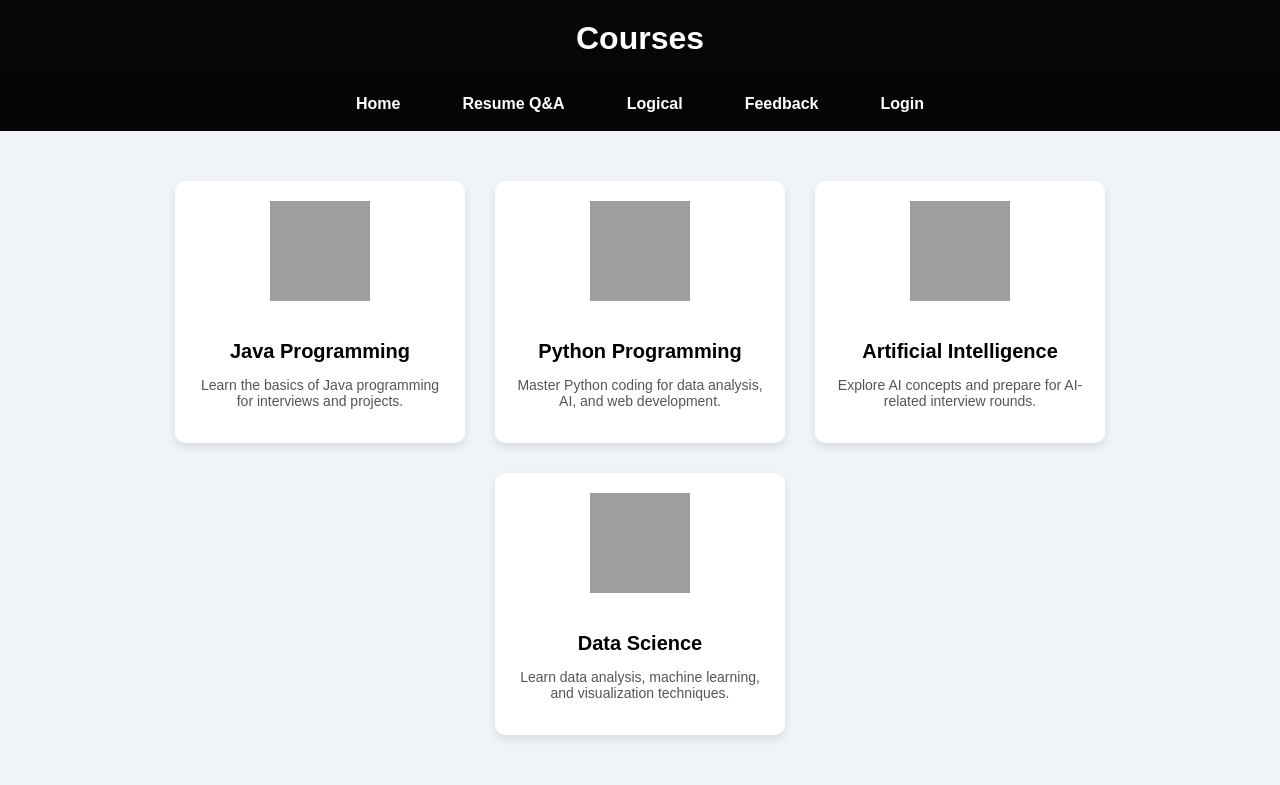
Repository: Mathin04/Online-Interview-Platform-
Page: urls/courses.html
These files come from the project's save history. The page is drawn as it stood at one moment and after the next save; the edit follows.
The browser window is 1280 px wide. The pictures show the whole page.
Pictures or frames that could not be fetched are drawn as grey boxes.

Above is the page before, as saved 2025-10-08 13:51:44.

After the next save:
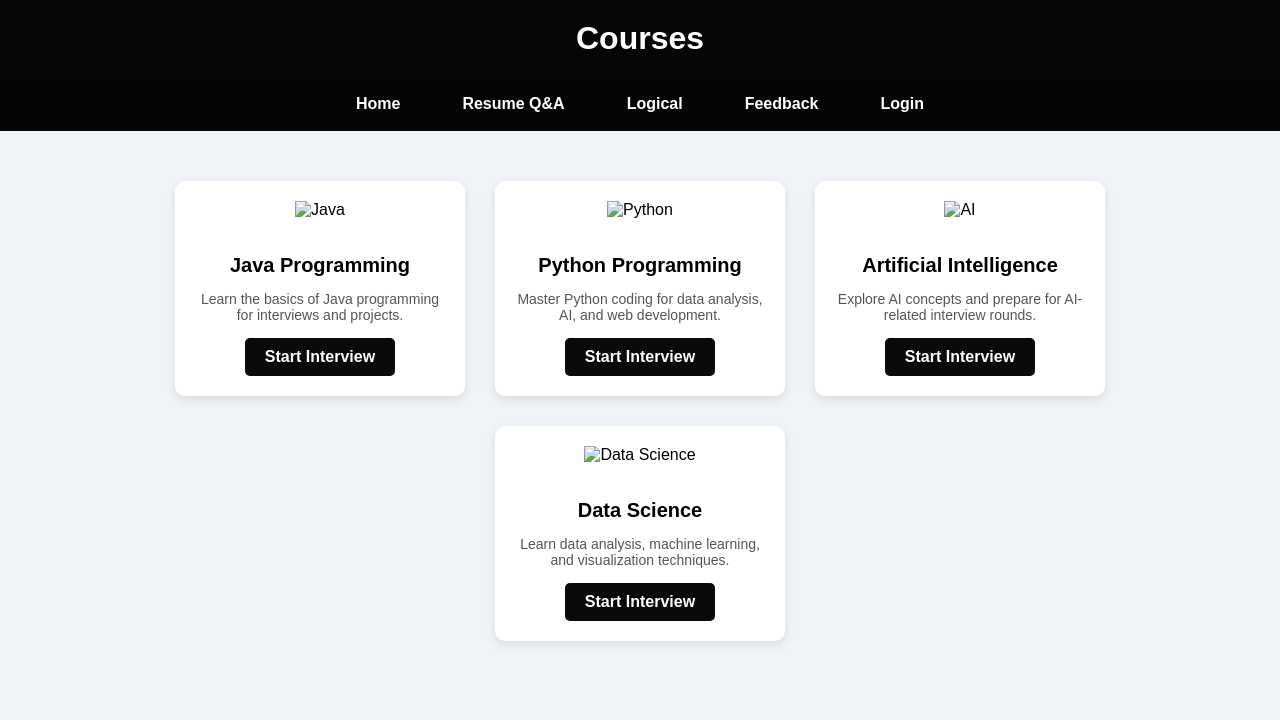
Not found: urls/images/DataScience.jpg
Not found: urls/images/ai.jpg
Not found: urls/images/java.jpg
Saved 4 min 1 s later.
--- a/urls/courses.html
+++ b/urls/courses.html
@@ -40,7 +40,7 @@
     }
 
     nav a:hover {
-      background: #0077b6;
+      background: #050505;
     }
 
     .courses-container {
@@ -77,19 +77,27 @@
       margin-bottom: 10px;
     }
 
-    .free-tag {
-      display: inline-block;
-      background: #ff6b6b;
-      color: white;
-      padding: 5px 10px;
-      border-radius: 20px;
-      font-size: 14px;
-      margin-bottom: 10px;
-    }
-
     .course-card p {
       font-size: 14px;
       color: #555;
+      margin-bottom: 15px;
+    }
+
+    .start-btn {
+      display: inline-block;
+      padding: 10px 20px;
+      background: #0a0a0a;
+      color: white;
+      border: none;
+      border-radius: 5px;
+      cursor: pointer;
+      text-decoration: none;
+      font-weight: bold;
+      transition: 0.3s;
+    }
+
+    .start-btn:hover {
+      background: #070707;
     }
 
     @media screen and (max-width: 768px) {
@@ -114,30 +122,31 @@
 
 <div class="courses-container">
   <div class="course-card">
-    <img src="C:\Users\Shalima\OneDrive\Desktop\M-Terview\images\java.jpg" alt="Java">
+    <img src="images/java.jpg" alt="Java">
     <h3>Java Programming</h3>
     <p>Learn the basics of Java programming for interviews and projects.</p>
+    <a href="interview.html" class="start-btn">Start Interview</a>
   </div>
 
   <div class="course-card">
-    <img src="C:\Users\Shalima\OneDrive\Desktop\M-Terview\images\python.jpg" alt="Python">
-
+    <img src="images/python.jpg" alt="Python">
     <h3>Python Programming</h3>
     <p>Master Python coding for data analysis, AI, and web development.</p>
+    <a href="interview.html" class="start-btn">Start Interview</a>
   </div>
 
   <div class="course-card">
-    <img src="C:\Users\Shalima\OneDrive\Desktop\M-Terview\images\ai.jpg" alt="AI">
-
+    <img src="images/ai.jpg" alt="AI">
     <h3>Artificial Intelligence</h3>
     <p>Explore AI concepts and prepare for AI-related interview rounds.</p>
+    <a href="interview.html" class="start-btn">Start Interview</a>
   </div>
 
   <div class="course-card">
-    <img src="C:\Users\Shalima\OneDrive\Desktop\M-Terview\images\DataScience.jpg" alt="Data Science">
-
+    <img src="images/DataScience.jpg" alt="Data Science">
     <h3>Data Science</h3>
     <p>Learn data analysis, machine learning, and visualization techniques.</p>
+    <a href="interview.html" class="start-btn">Start Interview</a>
   </div>
 
 </div>

After the save that followed:
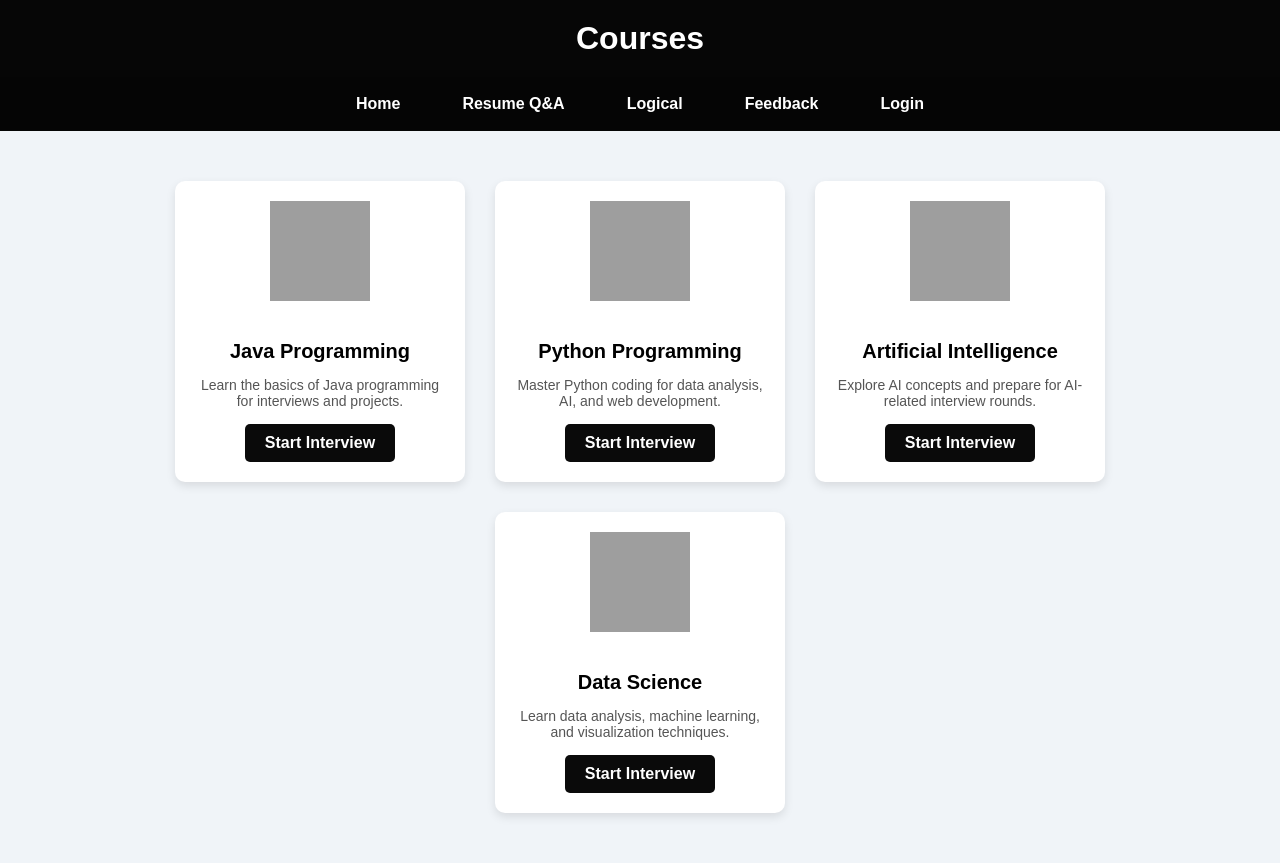
Saved 3 min 0 s later.
--- a/urls/courses.html
+++ b/urls/courses.html
@@ -122,28 +122,28 @@
 
 <div class="courses-container">
   <div class="course-card">
-    <img src="images/java.jpg" alt="Java">
+    <img src="C:\Users\Shalima\OneDrive\Desktop\M-Terview\images\java.jpg" alt="Java">
     <h3>Java Programming</h3>
     <p>Learn the basics of Java programming for interviews and projects.</p>
     <a href="interview.html" class="start-btn">Start Interview</a>
   </div>
 
   <div class="course-card">
-    <img src="images/python.jpg" alt="Python">
+    <img src="C:\Users\Shalima\OneDrive\Desktop\M-Terview\images\python.jpg" alt="Python">
     <h3>Python Programming</h3>
     <p>Master Python coding for data analysis, AI, and web development.</p>
     <a href="interview.html" class="start-btn">Start Interview</a>
   </div>
 
   <div class="course-card">
-    <img src="images/ai.jpg" alt="AI">
+    <img src="C:\Users\Shalima\OneDrive\Desktop\M-Terview\images\ai.jpg" alt="AI">
     <h3>Artificial Intelligence</h3>
     <p>Explore AI concepts and prepare for AI-related interview rounds.</p>
     <a href="interview.html" class="start-btn">Start Interview</a>
   </div>
 
   <div class="course-card">
-    <img src="images/DataScience.jpg" alt="Data Science">
+    <img src="C:\Users\Shalima\OneDrive\Desktop\M-Terview\images\DataScience.jpg" alt="Data Science">
     <h3>Data Science</h3>
     <p>Learn data analysis, machine learning, and visualization techniques.</p>
     <a href="interview.html" class="start-btn">Start Interview</a>
